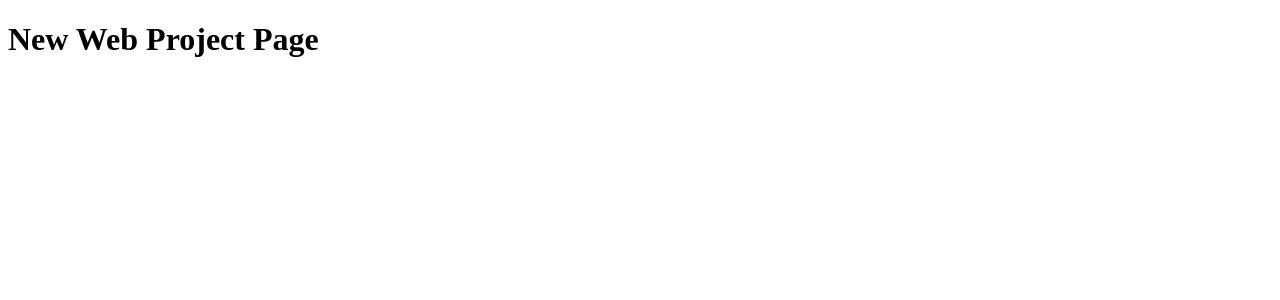
Repository: jkastrup/Kastrup_Jason_WPF
Page: Conditions_Personal/Conditions_Personal/index.html
These files come from the project's save history. The page is drawn as it stood at one moment and after the next save; the edit follows.
The browser window is 1280 px wide. The pictures show the whole page.

Above is the page before, as saved 2014-03-21 00:42:18.

After the next save:
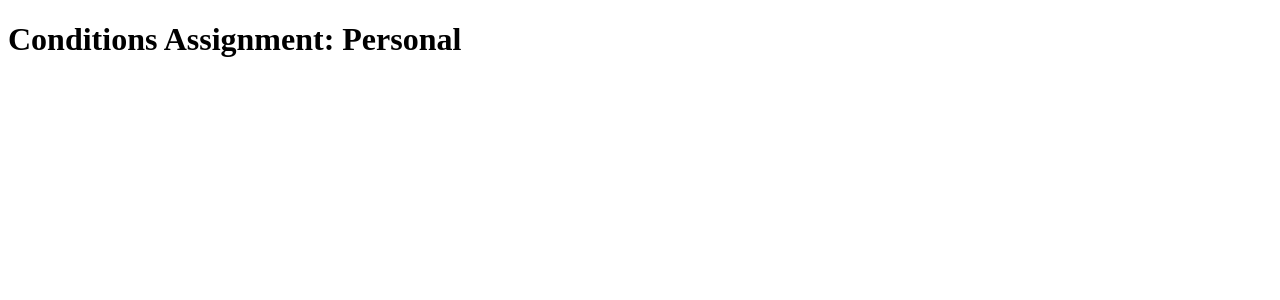
Saved 118 s later.
--- a/Conditions_Personal/Conditions_Personal/index.html
+++ b/Conditions_Personal/Conditions_Personal/index.html
@@ -3,9 +3,9 @@
 <html xmlns="http://www.w3.org/1999/xhtml">
 	<head>
 		<meta http-equiv="Content-Type" content="text/html; charset=utf-8" />
-		<title>New Web Project</title>
+		<title>Conditions Assignment: Persona;</title>
 	</head>
 	<body>
-		<h1>New Web Project Page</h1>
+		<h1>Conditions Assignment: Personal</h1>
 	</body>
 </html>
